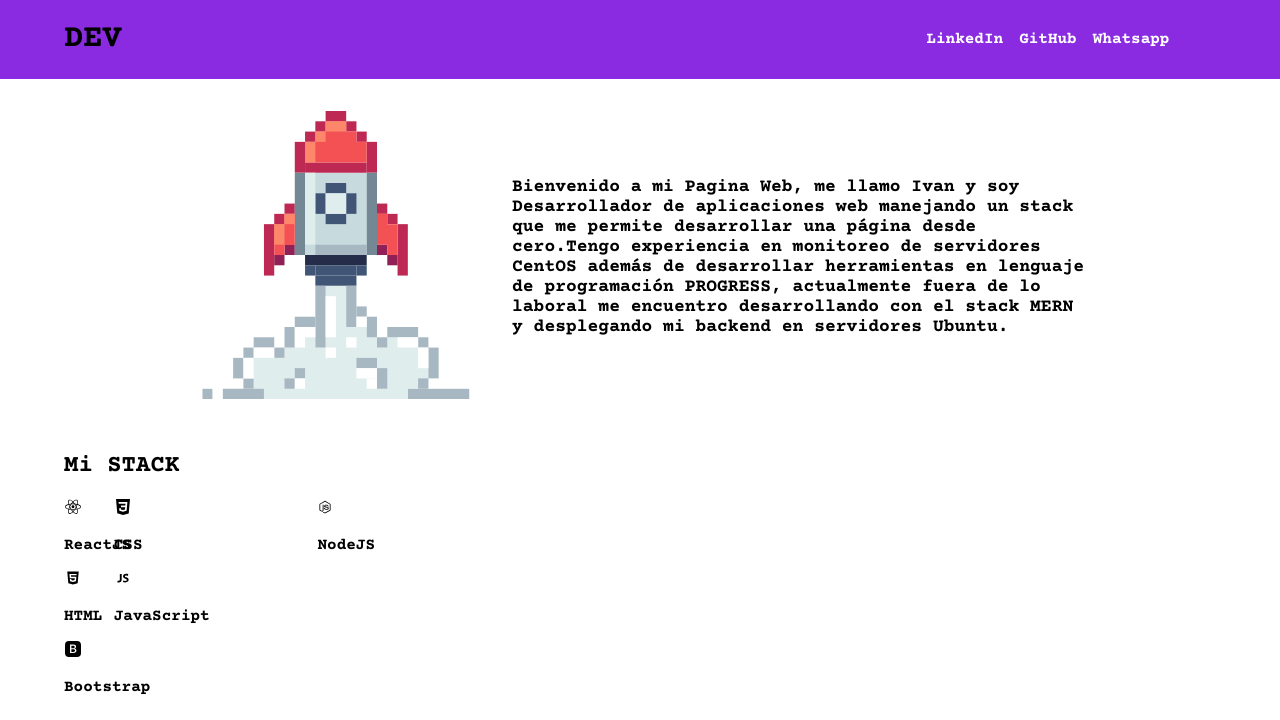
Repository: FxIvan/myweb
Page: /
An editor plug-in stored every save of this project. The page is shown before and after a run of saves, followed by the edit.
The browser window is 1280 px wide. The pictures show the whole page.
The project was rebuilt for these pictures with package versions that can differ from the ones it lists, and the page was loaded fresh each time.

Above is the page before, as saved 2022-11-03 11:50:37.

After the next 2 saves:
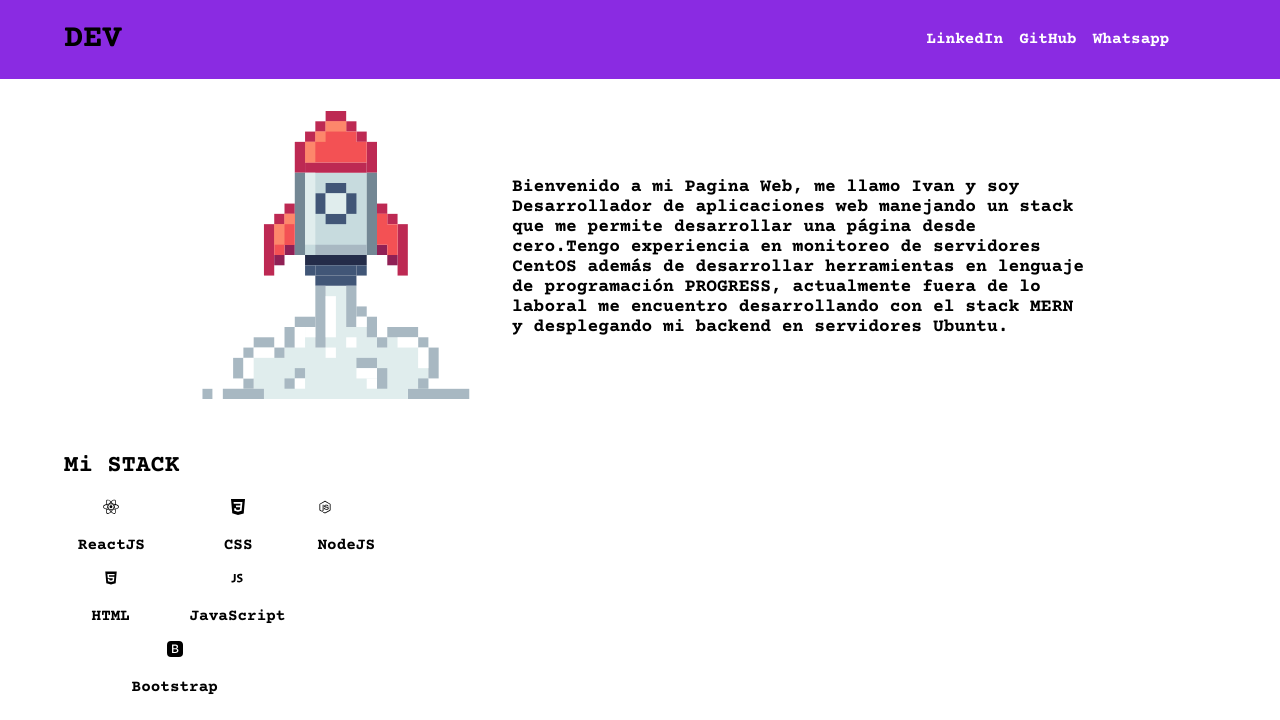
The 2 saves are shown as one change because they came seconds apart.
The last was saved 62 s later.
--- a/src/component/css/stack.css
+++ b/src/component/css/stack.css
@@ -11,7 +11,7 @@
 
     .icon-stack-1 , .icon-stack-2 , .icon-stack-3, .icon-stack-4, .icon-stack-5{
         margin-right: 2rem;
-        width: 7%;
+        width: 100%;
     }
     .container-stack-icons{
         display: flex;
